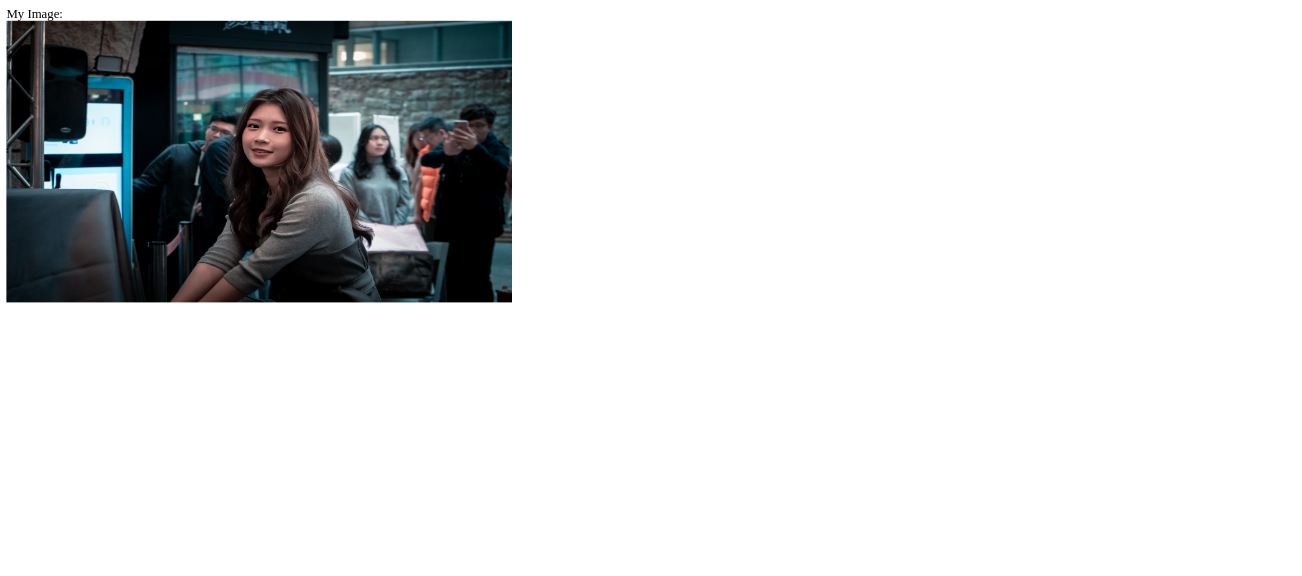
Repository: Thomas85198/SpringTest
Page: http://localhost/SpringMvcWebProject/viewimagePage1.jsp
An editor plug-in stored every save of this project. The page is shown before and after the next save, followed by the edit.
The browser window is 1280 px wide. The page is 1280 px wide, then 1628 px, so the pictures cover 1628 px, including what lies to the right of the window. The pictures show the whole page, at 80% of full size.
The page is served by Tomcat 9. Nobody is signed in. The application's start-up code is not run.

Above is the page before, as saved 2020-01-09 01:49:51.

After the next save:
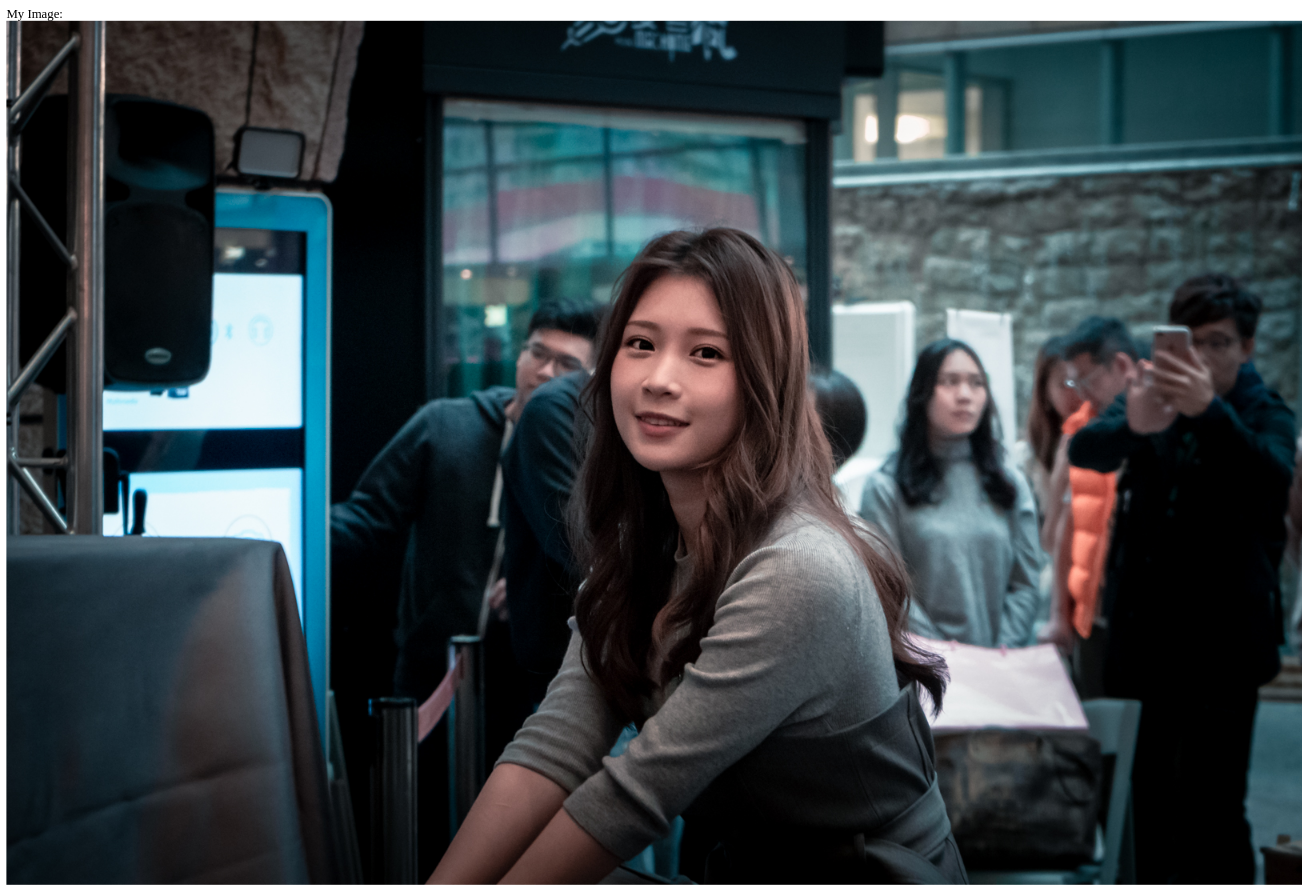
Saved 23 s later.
--- a/SpringMvcWebProject/WebContent/viewimagePage1.jsp
+++ b/SpringMvcWebProject/WebContent/viewimagePage1.jsp
@@ -10,6 +10,6 @@
 </head>
 <body>
 My Image:<br/>
-<img src="<c:url value="/images/image01.jpg"></c:url>" width="50%" height="50%"/><br/>
+<img src="<c:url value="/images/image01.jpg"></c:url>"/><br/>
 </body>
 </html>
